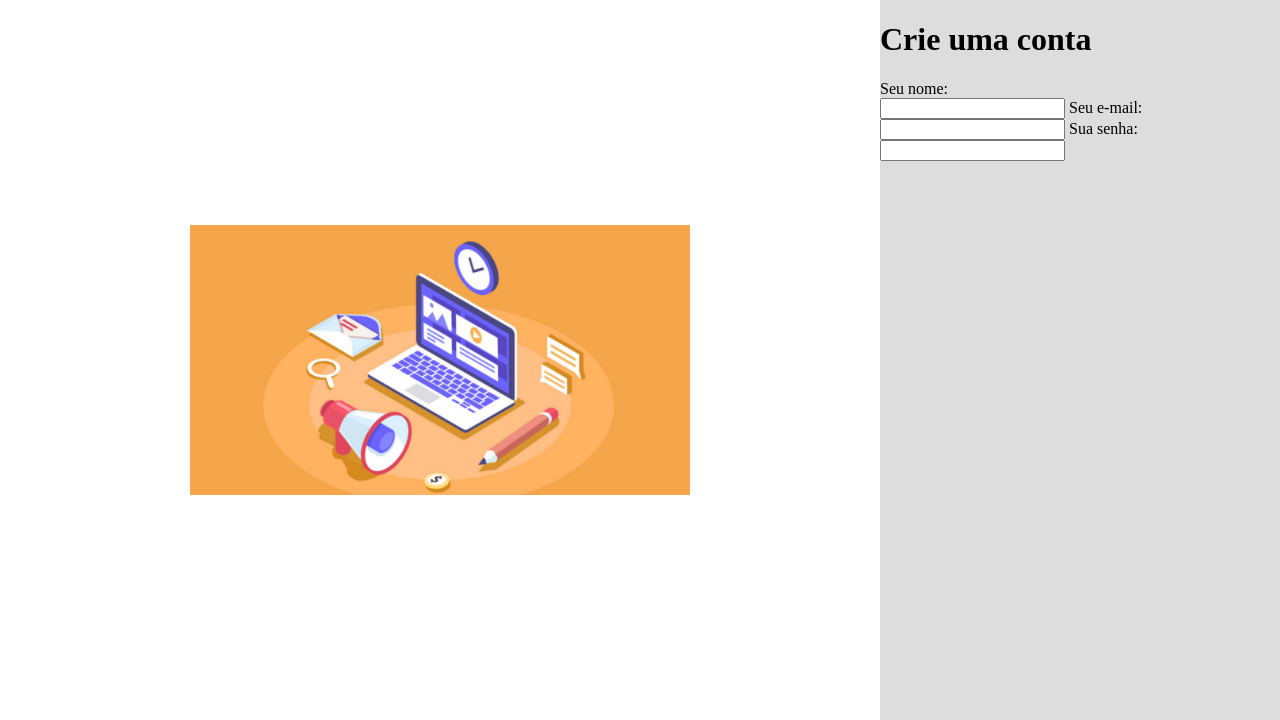
Repository: rafavirginio/tela-de-login
Page: index.html
These files come from the project's save history. The page is drawn as it stood at one moment and after the next save; the edit follows.
The browser window is 1280 px wide. The pictures show the whole page.

Above is the page before, as saved 2020-09-14 23:20:14.

After the next save:
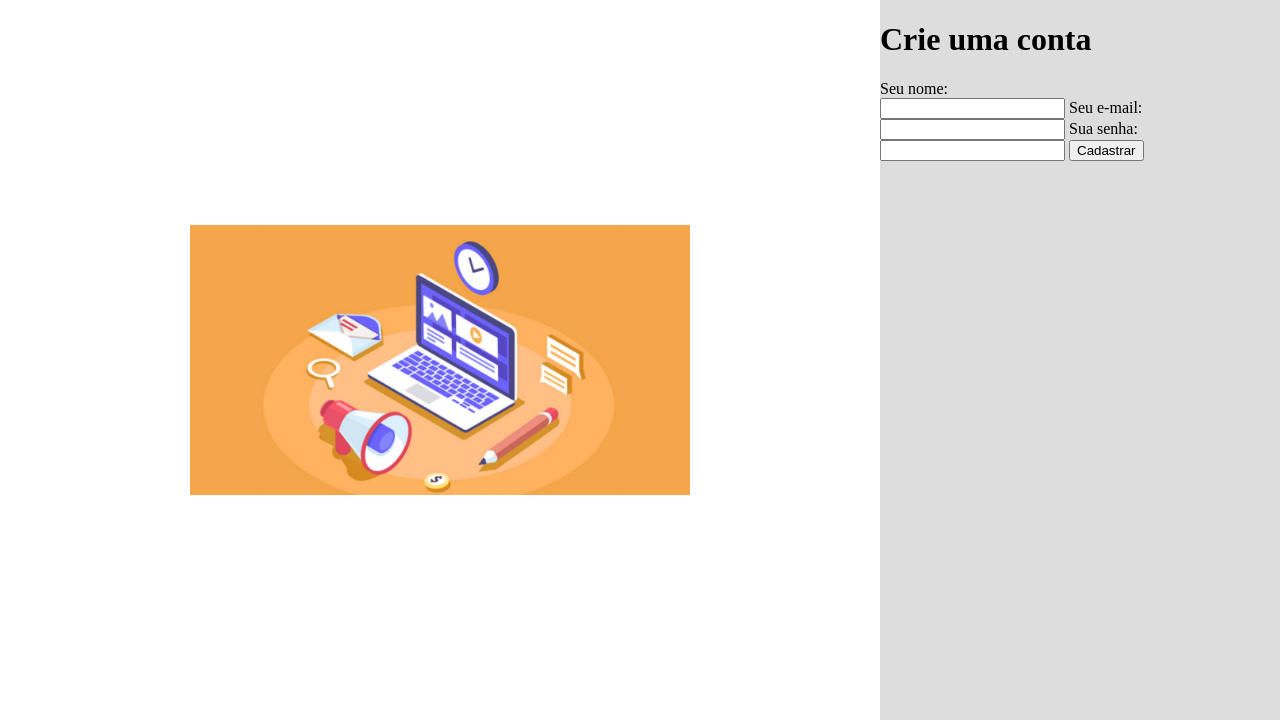
Saved 38 s later.
--- a/index.html
+++ b/index.html
@@ -32,7 +32,7 @@
                 Sua senha: <br/>
                 <input type="password" name="password" />
                 <label>
-
+                    <input type="submit" value="Cadastrar">
                 </label>
             </label>
             <div>
